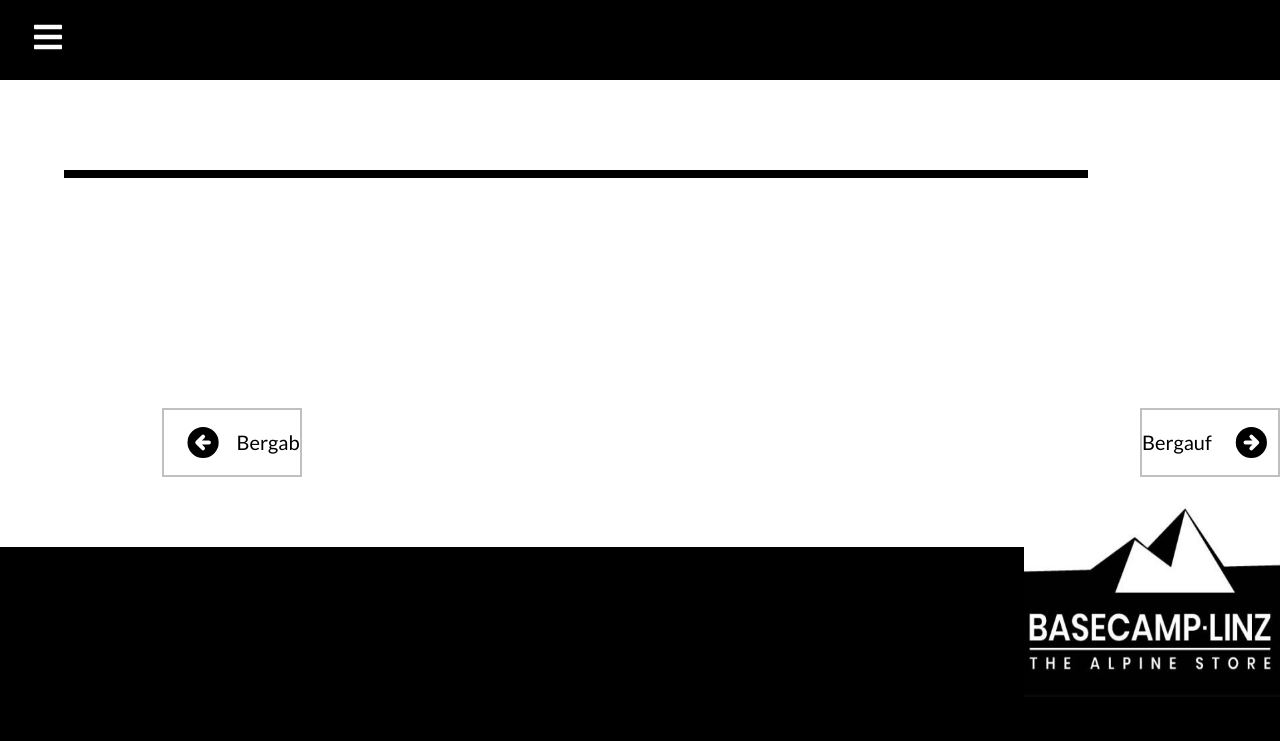
Repository: LeleZuGut/Kundenabfragesystem-Website
Page: /fragen/Wandern
An editor plug-in stored every save of this project. The page is shown before and after the next save, followed by the edit.
The browser window is 1280 px wide. The pictures show the whole page.
The page's requests for data from a server got no answer. The project was rebuilt for these pictures with package versions that can differ from the ones it lists, and the page was loaded fresh each time. No one was signed in, and anything a server would have sent is missing. Also part of the build but not shown: src/Pages/FormSignup.js, src/Form.js, src/Pages/FormLogin.js, src/Form-Log.js, src/Pages/FormFragenKatalog-Main.js.

Above is the page before, as saved 2021-08-30 11:30:14.

### public/index.html
<!DOCTYPE html>
<html lang="en">
  <head>
    <meta charset="utf-8" />
    <link rel="icon" href="%PUBLIC_URL%/favicon.ico" />
    <meta name="viewport" content="width=device-width, initial-scale=1" />
    <meta name="theme-color" content="#000000" />
    <meta
      name="description"
      content="Web site created using create-react-app"
    />
    <link rel="apple-touch-icon" href="%PUBLIC_URL%/logo192.png" />
    <!--
      manifest.json provides metadata used when your web app is installed on a
      user's mobile device or desktop. See https://developers.google.com/web/fundamentals/web-app-manifest/
    -->
    <link rel="manifest" href="%PUBLIC_URL%/manifest.json" />
    <!--
      Notice the use of %PUBLIC_URL% in the tags above.
      It will be replaced with the URL of the `public` folder during the build.
      Only files inside the `public` folder can be referenced from the HTML.

      Unlike "/favicon.ico" or "favicon.ico", "%PUBLIC_URL%/favicon.ico" will
      work correctly both with client-side routing and a non-root public URL.
      Learn how to configure a non-root public URL by running `npm run build`.
    -->
    <title>Kundenabfragesystem</title>
  </head>
  <body>
    <noscript>You need to enable JavaScript to run this app.</noscript>
    <div id="root"></div>
    <!--
      This HTML file is a template.
      If you open it directly in the browser, you will see an empty page.

      You can add webfonts, meta tags, or analytics to this file.
      The build step will place the bundled scripts into the <body> tag.

      To begin the development, run `npm start` or `yarn start`.
      To create a production bundle, use `npm run build` or `yarn build`.


    -->
    <script src="https://www.google.com/recaptcha/api.js?onload=onloadCallback&
    render=explicit" async defer></script>
  </body>
</html>

### src/App.css
@import url('https://fonts.googleapis.com/css2?family=Lato&display=swap');

* {
  box-sizing: border-box;
  margin: 0;
  padding: 0;
  font-family: 'Lato', sans-serif;
}

.FormFragenKatalog{
  display: flex;
  height: 90vh;
  align-items: center;
  justify-content: center;
  font-size: 3rem;
}

### src/Pages/FormFragenkatalog.js
import React, { useState } from 'react';
import * as FaIcons from 'react-icons/fa';
import * as AiIcons from 'react-icons/ai';
import * as HiIcons from 'react-icons/hi';

import { Link } from 'react-router-dom';
import { IconContext } from 'react-icons';
import { SidebarData } from '../SidebarData';
import Logo_MainPage from '../Images/Main-FragenPageLogo.PNG';
import '../Styles/FormFragenkatalog.css';
import axios from 'axios';





const FormFragenKatalog = () => {

    const [userarr, setUserarr] = useState([""]);
    const WandernURL = "/fragen/Wandern";
    const SkiURL = "/fragen/Ski";
    const KletternURL = "/fragen/Klettern";
    const currentURL = window.location.pathname;
    const [sidebar, setSidebar] = useState(false);
    const [useseitenanzahl, setUseseitenanzahl] = useState(0);

    const showSidebar = () => setSidebar(!sidebar);





    const getData = async () => {

        let response = await axios.get("http://localhost:8080/api/Questions/all")
            .then(result => {
                setUserarr(result.data);

            })
            .catch(error => {
                console.log(error)
            })

    }
    const [currentQuestion, setCurrentQuestion] = useState(0);

    const handleAnswerButtonClick = () => {
        const nextquestion = currentQuestion + 1;
        setCurrentQuestion(nextquestion);
    }

    const button_weiter = ()=>{
        setUseseitenanzahl(useseitenanzahl+1);
    }

    const button_zurück = ()=>{
        setUseseitenanzahl(useseitenanzahl-1);
    }


    if (currentURL == WandernURL) {

        if (userarr == "") {
            getData();


        }
        else {

        }


        return (
            <>
                <IconContext.Provider value={{ color: '#fff' }}>
                    <div className='navbar'>
                        <Link to='#' className='menu-bars'>
                            <FaIcons.FaBars onClick={showSidebar} />
                        </Link>
                    </div>
                    <nav className={sidebar ? 'nav-menu active' : 'nav-menu'}>
                        <ul className='nav-menu-items' onClick={showSidebar}>
                            <li className='navbar-toggle'>
                                <Link to='#' className='menu-bars'>
                                    <AiIcons.AiOutlineClose />
                                </Link>
                            </li>
                            {SidebarData.map((item, index) => {
                                return (
                                    <li key={index} className={item.cName}>
                                        <Link to={item.path}>
                                            {item.icon}
                                            <span>{item.title}</span>
                                        </Link>
                                    </li>
                                );
                            })}
                        </ul>
                    </nav>
                </IconContext.Provider>

                <div className="Wandern_main_Strich">
                    <h1 className="Wandern_main_heading">{userarr[useseitenanzahl].question}</h1>
                </div>



                <div className="Fragen-Selection">



                    <div className="Wandern_main_button_z">
                        <button className="Wandern_main_button_zurück" onClick={button_zurück}>
                            <HiIcons.HiArrowCircleLeft className="Wandern_main_button_icon_zurück"></HiIcons.HiArrowCircleLeft>
                            Bergab


                        </button>

                    </div>
                    <div className="Wandern_main_button">
                        <button className="Wandern_main_button_weiter" onClick={button_weiter}>
                            Bergauf
                            <HiIcons.HiArrowCircleRight className="Wandern_main_button_icon"></HiIcons.HiArrowCircleRight>


                        </button>
                    </div>


                </div>




                <div className="Wandern_main_logo">
                    <img className='Wandern_main_logobild' src={Logo_MainPage} alt='' />

                </div>
            </>



        );

    } else if (currentURL == SkiURL) {

        return (
            <>
                <IconContext.Provider value={{ color: '#fff' }}>
                    <div className='navbar'>
                        <Link to='#' className='menu-bars'>
                            <FaIcons.FaBars onClick={showSidebar} />
                        </Link>
                    </div>
                    <nav className={sidebar ? 'nav-menu active' : 'nav-menu'}>
                        <ul className='nav-menu-items' onClick={showSidebar}>
                            <li className='navbar-toggle'>
                                <Link to='#' className='menu-bars'>
                                    <AiIcons.AiOutlineClose />
                                </Link>
                            </li>
                            {SidebarData.map((item, index) => {
                                return (
                                    <li key={index} className={item.cName}>
                                        <Link to={item.path}>
                                            {item.icon}
                                            <span>{item.title}</span>
                                        </Link>
                                    </li>
                                );
                            })}
                        </ul>
                    </nav>
                </IconContext.Provider>

                <div className="Ski_main_Strich">



                    <h1 className="Ski_main_heading"></h1>

                </div>

                <div className="Ski_Fragen-Selection">



                    <div className="Ski_main_button_z">
                        <button className="Ski_main_button_zurück">
                            <HiIcons.HiArrowCircleLeft className="Ski_main_button_icon_zurück"></HiIcons.HiArrowCircleLeft>

                            Bergab


                        </button>

                    </div>
                    <div className="Ski_main_button">
                        <button className="Ski_main_button_weiter">
                            Bergauf
                            <HiIcons.HiArrowCircleRight className="Ski_main_button_icon"></HiIcons.HiArrowCircleRight>


                        </button>
                    </div>


                </div>


                <div className="Ski_main_logo">
                    <img className='Ski_main_logobild' src={Logo_MainPage} alt='' />

                </div>


            </>
        );
    } else if (currentURL == KletternURL) {
        return (
            <>
                <IconContext.Provider value={{ color: '#fff' }}>
                    <div className='navbar'>
                        <Link to='#' className='menu-bars'>
                            <FaIcons.FaBars onClick={showSidebar} />
                        </Link>
                    </div>
                    <nav className={sidebar ? 'nav-menu active' : 'nav-menu'}>
                        <ul className='nav-menu-items' onClick={showSidebar}>
                            <li className='navbar-toggle'>
                                <Link to='#' className='menu-bars'>
                                    <AiIcons.AiOutlineClose />
                                </Link>
                            </li>
                            {SidebarData.map((item, index) => {
                                return (
                                    <li key={index} className={item.cName}>
                                        <Link to={item.path}>
                                            {item.icon}
                                            <span>{item.title}</span>
                                        </Link>
                                    </li>
                                );
                            })}
                        </ul>
                    </nav>
                </IconContext.Provider>


                <div className="Klettern_main_Strich">



                    <h1 className="Klettern_main_heading"></h1>

                </div>

                <div className="Klettern_Fragen-Selection">



                    <div className="Klettern_main_button_z">
                        <button className="Klettern_main_button_zurück">
                            <HiIcons.HiArrowCircleLeft className="Klettern_main_button_icon_zurück"></HiIcons.HiArrowCircleLeft>
                            Bergab


                        </button>

                    </div>
                    <div className="Klettern_main_button">
                        <button className="Klettern_main_button_weiter">
                            Bergauf
                            <HiIcons.HiArrowCircleRight className="Klettern_main_button_icon"></HiIcons.HiArrowCircleRight>


                        </button>
                    </div>


                </div>


                <div className="Klettern_main_logo">
                    <img className='Klettern_main_logobild' src={Logo_MainPage} alt='' />

                </div>


            </>
        );
    }


}

export default FormFragenKatalog;

### src/Styles/FormSignup.css

.form-container {
  width: 100%;
  position: flex;
  height: 937px;
  display: grid;
  grid-template-columns: 1fr 1fr;
}

  .close-btn {
    position: flex;
    top: 2%;
    right: 3%;
    font-size: 1.5rem;
    z-index: 1;
    color: #fff;
    cursor: pointer;
  }


  .form-content-left {
    background: linear-gradient(
      90deg,
      rgb(44,39,60) 0%,
      rgb(31,28,38) 100%
    );
    height: 100%;
    display: flex;
    align-items: center;
    justify-content: center;
  }

  .form-img {
    width: 25%;
    height: 25%;

  }



  .form-img-2 {
    width: 60%;
    height: 60%;
    position: absolute;
    top: 50%;
    left: 50%;
    transform: translate(-50%, -50%);
  }

  .form-success {
    text-align: center;
    font-size: 24px;
    margin-top: 80px;
    color: #fff;
  }

  .form-content-right {
    height: 100%;
    position: relative;
    background: linear-gradient(90deg, rgb(40, 40, 40) 0%, rgb(17, 17, 17) 100%);
    display: flex;
    align-items: center;
    justify-content: center;
  }

  .form {
    position: absolute;
    top: 50%;
    left: 50%;
    transform: translate(-50%, -50%);
    width: 90%;
    height: 100%;
    display: flex;
    flex-direction: column;
    justify-content: center;
    align-items: center;
  }

  .form h1 {
    font-size: 1.5rem;
    text-align: start;
    width: 80%;
    margin-bottom: 1rem;
    color: #fff;
  }

  .form-inputs {
    margin-bottom: 1rem;
    width: 80%;

  }

  .form-inputs p {
    font-size: 1rem;
    margin-top: 0.5rem;
    color: #f00e0e;
  }

  .errorvalidation{
    font-size: 1rem;
    margin-top: 0.5rem;
    color: #f00e0e;
  }

  .form-label {
    display: inline-block;
    font-size: 1rem;
    margin-bottom: 6px;
    color: #fff;
  }

  .form-input {
    display: block;
    padding-left: 10px;
    outline: none;
    border-radius: 2px;
    height: 40px;
    width: 100%;
    border: none;
  }

  .form-input::placeholder {
    color: #595959;
    font-size: 13px;
  }

  .form-input-btn {
    width: 80%;
    height: 50px;
    margin-top: 10px;
    border-radius: 2px;
    background: linear-gradient(
      90deg,
      rgb(44,39,60) 0%,
      rgb(31,28,38) 100%
    );
    outline: none;
    border: none;
    color: #fff;
    font-size: 1.2rem;
  }

  .form-input-btn:hover {
    cursor: pointer;
    background: linear-gradient(
      90deg,
      rgb(39, 143, 255) 0%,
      rgb(12, 99, 250) 100%
    );
    transition: all 0.4s ease-out;
  }

  .form-input-login {
    font-size: 1rem;
    margin-top: 10px;
    color: #fff;
    width: 80%;
    text-align: center;
  }

  .form-input-login a {
    text-decoration: none;
    color: #CE2A5E;
    font-weight: 600;
  }

  @media only screen and (max-width: 1024px){

    body{
      background: linear-gradient(90deg, rgb(40, 40, 40) 0%, rgb(17, 17, 17) 100%);
    }

    .form-container {
      width: 100%;
      height: 100%;
      display: block;
      flex-direction: column;
      justify-content: space-between;


    }



    .form-img {
      width: 25%;
      height: 25%;

    }

    .form-content-left {
      background: linear-gradient(
        90deg,
        rgb(44,39,60) 0%,
        rgb(31,28,38) 100%
      );

      display: flex;
      align-items: center;
      justify-content: center;
      width: 100%;
      height: 100%;

    }

    .form {


      width: auto;
      height: auto;

    }


    .form-content-right {
      display: flex;
      align-items: center;
      justify-content: center;
      width: 100%;
      height: 100%;
      margin-top: 40%;

    }

    .form-label {
      display: inline-block;
      font-size: rem;
      margin-bottom: 3px;
      color: #fff;
    }

    .form h1 {
      font-size: 1rem;
      text-align: start;
      width: 180%;
      margin-top: 0.2rem;
      margin-bottom: 0.50rem;
      color: #fff;
    }
  }

### src/Styles/FormLogin.css

.Login-form-container {
    width: 100%;
    position: flex;
    height: 937px;
    display: grid;
    grid-template-columns: 1fr 1fr;
  }


    .Login-close-btn {
      position: flex;
      top: 2%;
      right: 3%;
      font-size: 1.5rem;
      z-index: 1;
      color: #fff;
      cursor: pointer;
    }

    .Login-form-content-left {
      background: linear-gradient(
        90deg,
        rgb(44,39,60) 0%,
        rgb(31,28,38) 100%
      );
      height: 100%;
      display: flex;
      align-items: center;
      justify-content: center;
    }

    .Login-form-img {
      width: 25%;
      height: 25%;

    }



    .Login-form-img-2 {
      width: 60%;
      height: 60%;
      position: absolute;
      top: 50%;
      left: 50%;
      transform: translate(-50%, -50%);
    }

    .Login-form-success {
      text-align: center;
      font-size: 24px;
      margin-top: 80px;
      color: #fff;
    }

    .Login-form-content-right {
      position: relative;
      background: linear-gradient(90deg, rgb(40, 40, 40) 0%, rgb(17, 17, 17) 100%);
      display: flex;
      align-items: center;
      justify-content: center;
    }

    .Login-form {
      position: absolute;
      top: 50%;
      left: 50%;
      transform: translate(-50%, -50%);
      width: 90%;
      height: 100%;
      display: flex;
      flex-direction: column;
      justify-content: center;
      align-items: center;
    }

    .Login-form h1 {
      font-size: 1.5rem;
      text-align: start;
      width: 80%;
      margin-bottom: 1rem;
      color: #fff;
    }

    .Login-form-inputs {
      margin-bottom: 1rem;
      width: 80%;
    }

    .Login-form-inputs p {
      font-size: 1rem;
      margin-top: 0.5rem;
      color: #f00e0e;
    }

    .Login-form-label {
      display: inline-block;
      font-size: 1rem;
      margin-bottom: 6px;
      color: #fff;
    }

    .Login-form-input {
      display: block;
      padding-left: 10px;
      outline: none;
      border-radius: 2px;
      height: 40px;
      width: 100%;
      border: none;
    }

    .Login-form-input::placeholder {
      color: #595959;
      font-size: 13px;
    }

    .Login-form-input-btn {
      width: 80%;
      height: 50px;
      margin-top: 10px;
      border-radius: 2px;
      background: linear-gradient(
        90deg,
        rgb(44,39,60) 0%,
        rgb(31,28,38) 100%
      );
      outline: none;
      border: none;
      color: #fff;
      font-size: 1.2rem;
    }

    .Login-form-input-btn:hover {
      cursor: pointer;
      background: linear-gradient(
        90deg,
        rgb(39, 143, 255) 0%,
        rgb(12, 99, 250) 100%
      );
      transition: all 0.4s ease-out;
    }

    .Login-form-input-login {
      font-size: 1rem;
      margin-top: 10px;
      color: #fff;
      width: 80%;
      text-align: center;
    }

    .Login-form-input-login a {
      text-decoration: none;
      color: #CE2A5E;
      font-weight: 600;
    }

    @media only screen and (max-width: 1024px){

      body{
        background: linear-gradient(90deg, rgb(40, 40, 40) 0%, rgb(17, 17, 17) 100%);
      }

      .Login-form-container {
        width: 100%;
        height: 100%;
        display: block;
        flex-direction: column;
        justify-content: space-between;


      }



      .Login-form-img {
        width: 25%;
        height: 25%;

      }

      .Login-form-content-left {
        background: linear-gradient(
          90deg,
          rgb(44,39,60) 0%,
          rgb(31,28,38) 100%
        );

        display: flex;
        align-items: center;
        justify-content: center;
        width: 100%;
        height: 100%;

      }

      .Login-form {


        width: auto;
        height: auto;

      }


      .Login-form-content-right {
        display: flex;
        align-items: center;
        justify-content: center;
        width: 100%;
        height: 100%;
        margin-top: 40%;

      }

      .Login-form-label {
        display: inline-block;
        font-size: rem;
        margin-bottom: 3px;
        color: #fff;
      }

      .Login-form h1 {
        font-size: 1rem;
        text-align: start;
        width: 180%;
        margin-top: 0.2rem;
        margin-bottom: 0.50rem;
        color: #fff;
      }
    }

### src/Styles/FormFragenKatalog-Main.css
.navbar {
    background-color: black;
    height: 80px;
    display: flex;
    justify-content: start;
    align-items: center;
  }

  .Main-Fragen-Heading{
    justify-content: start;
    align-items: center;
    margin-top: 2%;
    margin-left: 33%;

  }

  .Main-Fragen-Img{
      display: flex;
      align-items: center;
      justify-content: start;
      margin-top: 172px;
  }

  .Wandern-Img{
    width: 15%;
    height: 15%;
  }

  .Ski-Img{
    margin-left: 5%;
    width: 15%;
    height: 15%;

  }

  .Klettern-Img{
    margin-left: 5%;
    width: 15%;
    height: 15%;
  }
  .main_logo{
    background:black;
    height: 204px;
    width: 100%;
    display: flex;
    justify-content: end;
    align-items: center;
    margin-top: 10%;

  }

  .logobild{
    display: flex;
    justify-content: center;
    align-items: center;
    margin-left: 42.5%;
    margin-bottom: 7%;
    width: 20%;
    height: 100%;
  }


  .menu-bars {
    margin-left: 2rem;
    font-size: 2rem;
    background: none;
  }

  .nav-menu {
    background-color:black;
    width: 250px;
    height: 100vh;
    display: flex;
    justify-content: center;
    position: fixed;
    top: 0;
    left: -100%;
    transition: 850ms;
  }

  .nav-menu.active {
    left: 0;
    transition: 350ms;
  }

  .nav-text {
    display: flex;
    justify-content: start;
    align-items: center;
    padding: 8px 0px 8px 16px;
    list-style: none;
    height: 60px;
  }

  .nav-text a {
    text-decoration: none;
    color: #f5f5f5;
    font-size: 18px;
    width: 95%;
    height: 100%;
    display: flex;
    align-items: center;
    padding: 0 16px;
    border-radius: 4px;
  }

  .nav-text a:hover {
    background-color: #1a83ff;
  }

  .nav-menu-items {
    width: 100%;
  }

  .navbar-toggle {
    background-color: black;
    width: 100%;
    height: 80px;
    display: flex;
    justify-content: start;
    align-items: center;
  }

  span {
    margin-left: 16px;
  }



  @media only screen and (max-width: 1024px){

    body{
      background-color: white;
    }

    .Main-Fragen-Heading{
      justify-content: start;
      align-items: center;
      margin-top: 12%;
      margin-left: 15%;

    }

    .main_logo{
      background:black;
      height: 204px;
      width: 100%;
      display: flex;
      justify-content: end;
      align-items: center;
      margin-top: 39.5%;

    }

    .Main-Fragen-Img{
      display: flex;
      align-items: center;
      justify-content: start;
      margin-top: 30%;
      margin-left: 13%;
  }

    .Wandern-Img{
      width: 15%;
      height: 15%;
    }

    .Ski-Img{
      margin-left: 5%;
      width: 15%;
      height: 15%;

    }

    .Klettern-Img{
      margin-left: 5%;
      width: 15%;
      height: 15%;
    }
  }

Loaded but not shown: src/index.js (common file); src/App.js (36 lines, source omitted); src/SidebarData.js (30 lines, source omitted); src/Styles/FormFragenkatalog.css (319 lines, source omitted)

After the next save:
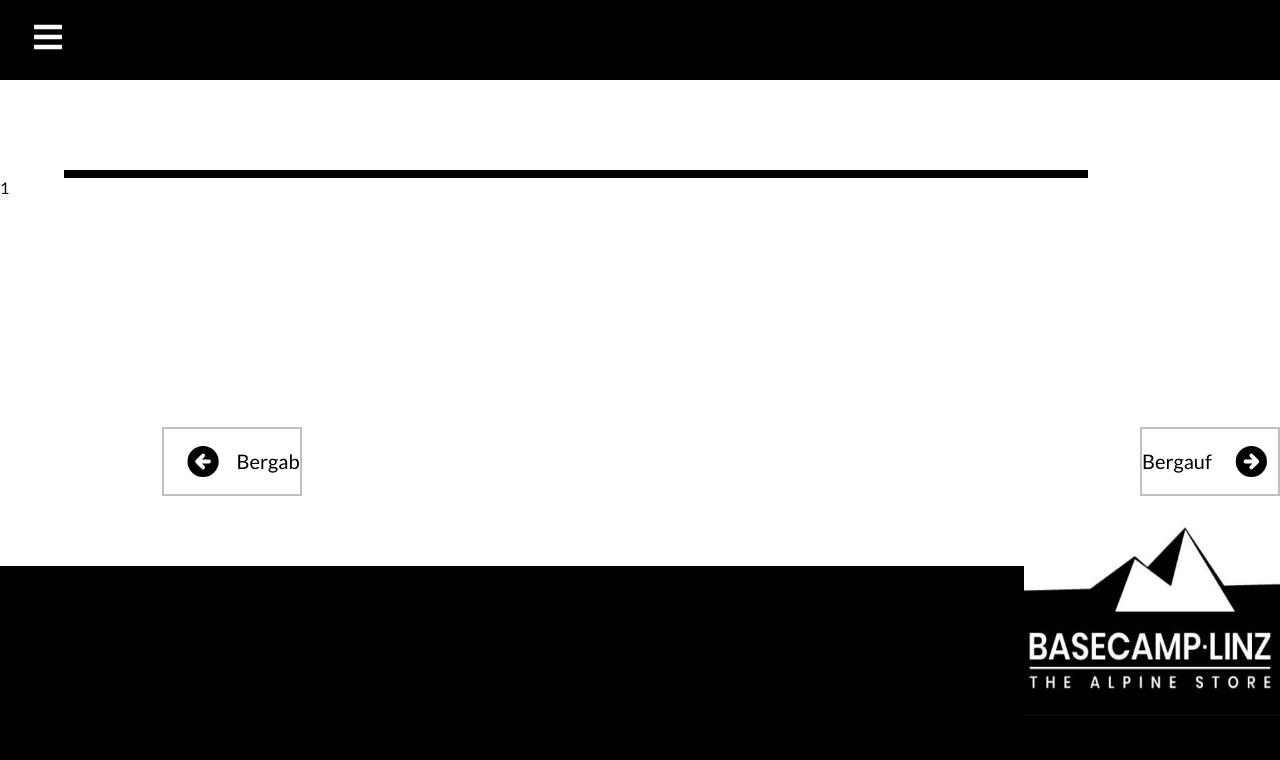
Saved 3 min 15 s later.
--- a/src/Pages/FormFragenkatalog.js
+++ b/src/Pages/FormFragenkatalog.js
@@ -103,6 +103,10 @@
                     <h1 className="Wandern_main_heading">{userarr[useseitenanzahl].question}</h1>
                 </div>
 
+                <div className="liste_seitennummerierung">
+                    <p>{userarr.length}</p>
+                </div>
+
 
 
                 <div className="Fragen-Selection">
